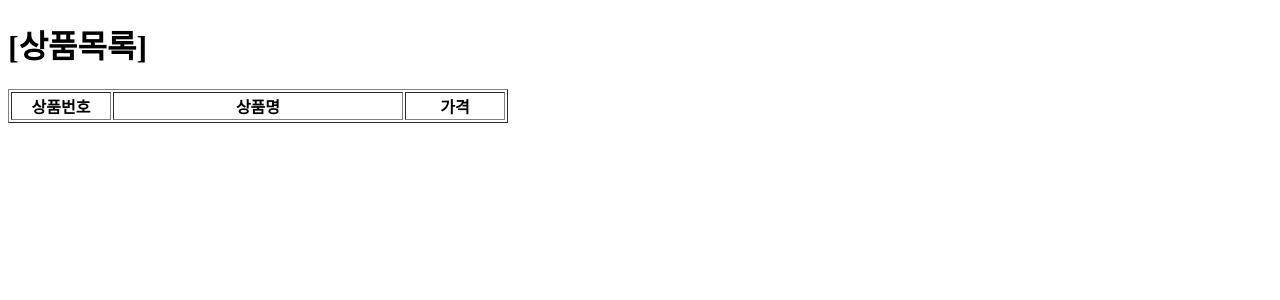
Repository: kmg8138/html
Page: http://localhost/ex0407-1/list.jsp
An editor plug-in stored every save of this project. The page is shown before and after the next save, followed by the edit.
The browser window is 1280 px wide. The pictures show the whole page.
The page is served by Tomcat 9. Queries for data that is not in the repository find no rows.

Above is the page before, as saved 2020-04-07 07:50:38.

After the next save:
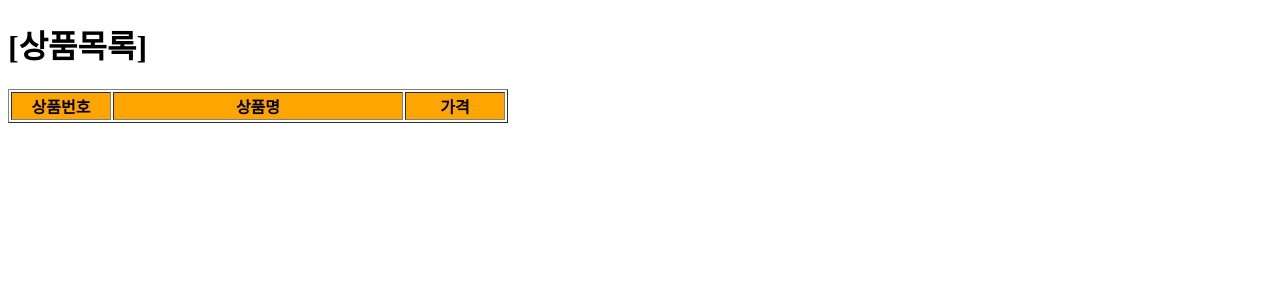
Saved 64 s later.
--- a/2020.04.07/ex0407-1/WebContent/list.jsp
+++ b/2020.04.07/ex0407-1/WebContent/list.jsp
@@ -13,6 +13,10 @@
 <head>
 	<meta charset="UTF-8">
 	<title>[상품목록]</title>
+	<style>
+		th{background: orange;}
+		td{background: lime;}
+	</style>
 </head>
 <body>
 	<h1>[상품목록]</h1>
